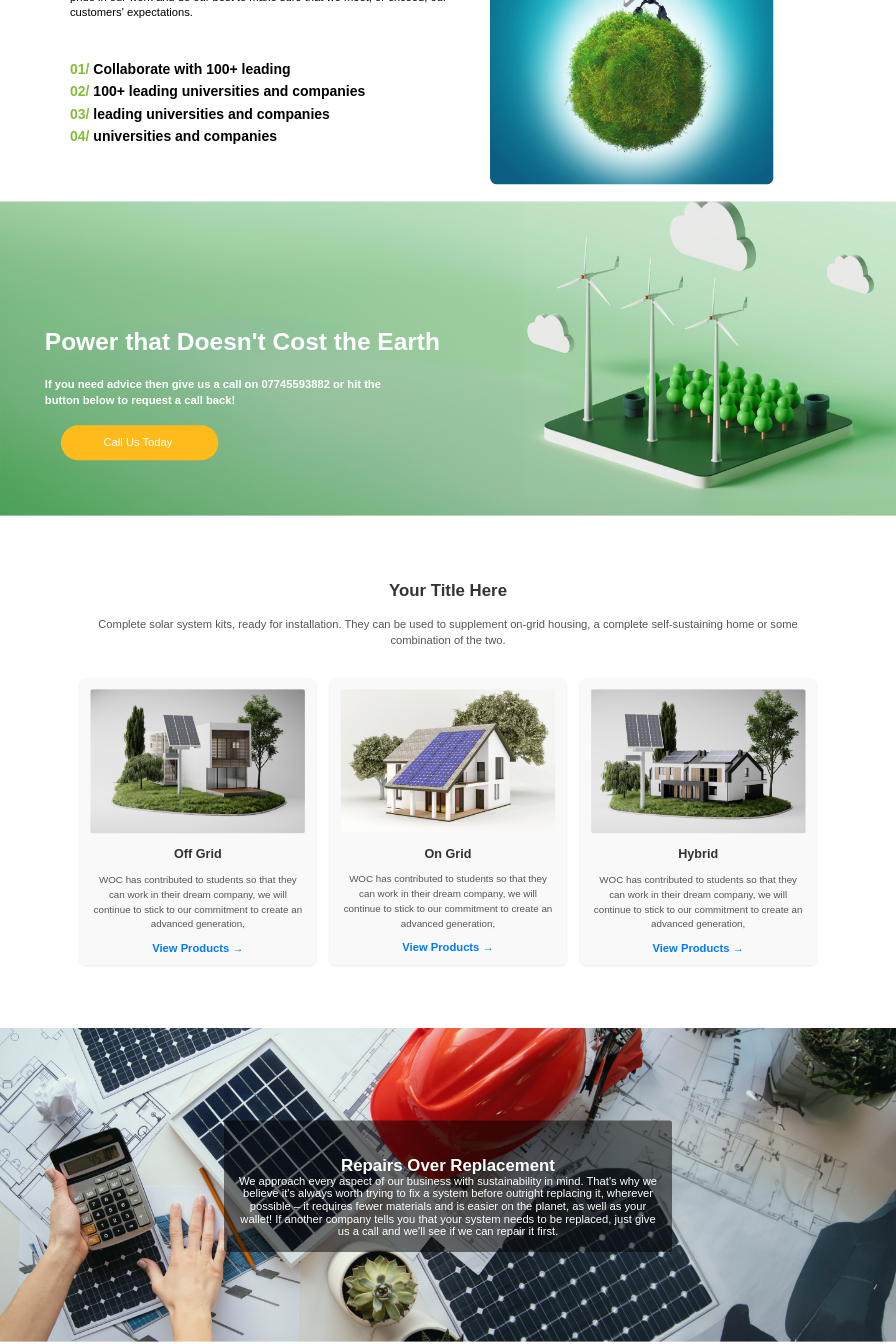
Repository: MaramNabil872/Landing-Page
Page: landingPage.html
The author's editor kept a copy of each file at every save. The page is drawn from the files as they stood at one save, then again after a run of saves.
The browser window is 1280 px wide. The pictures show the part of the page from y = 1142 to 3062 px (the page is 3062 px tall), at 70% of full size.

Above is the page before, as saved 2024-10-20 22:16:36.

### landingPage.html
<!DOCTYPE html>
<html lang="en">
    <head>
        <meta charset="UTF-8" />
        <meta name="viewport" content="width=device-width, initial-scale=1.0" />
        <title>Landing Page</title>
        <link rel="stylesheet" href="landingPage.css" />
    </head>
    <body>
        <nav class="navbar">
            <div class="logo">MyLogo</div>

            <ul class="nav-links">
                <li><a href="#home">Home</a></li>
                <li><a href="#about">About</a></li>
                <li><a href="#services">Services</a></li>
                <li><a href="#contact">Contact</a></li>
            </ul>
            <div class="call">
                <p>call us</p>
                <h3>+2 01017345</h3>
            </div>
        </nav>

        <div class="image-container">
            <img
                src="images/solar-panels-meadow 1.png"
                alt="Background Image"
                class="background-image"
            />
            <div class="main-text">
                <h2 class="text-wallpaper">
                    Solar Panel Installers <br />
                    In Plymouth
                </h2>
                <br />
                <p class="text-paragraph">
                    Fueled is an award-winning technology consultancy that
                    transforms <br />
                    businesses by generating ideas, building products, and
                    accelerating<br />
                    growth.
                </p>
                <div class="button-container">
                    <button class="button-wallpaper1">Call Us Today</button>
                    <button class="button-wallpaper2">
                        Requst a call back
                    </button>
                </div>
            </div>
        </div>

        <!-- first container -->

        <div class="container1">
            <div class="text-container1">
                <p class="title-container1">
                    The Friendliest Installers <br />in the South-West
                </p>
                <p class="paragraph-container1">
                    At Solidarity Solar our aims are to help our customers
                    towards a sustainable future and genuinely care about the
                    quality of products we use for our installs. We never sell
                    you equipment you don't need and will always advise to the
                    best of our ability, No hard sell or pushy sales tactics
                    ever. We take pride in our work and do our best to make sure
                    that we meet, or exceed, our customers' expectations.
                </p>
                <div class="last-container1">
                    <p>
                        <span class="number-container1">01/ </span>Collaborate
                        with 100+ leading
                    </p>
                    <p>
                        <span class="number-container1">02/ </span> 100+ leading
                        universities and companies
                    </p>
                    <p>
                        <span class="number-container1">03/ </span> leading
                        universities and companies
                    </p>
                    <p>
                        <span class="number-container1">04/ </span> universities
                        and companies
                    </p>
                </div>
            </div>
            <div class="image-container1">
                <img src="images/Rectangle 30.png" alt="solar" />
            </div>
        </div>

        <!-- second section -->

        <div class="section2">
            <img src="images/middle.png" alt="img" />
            <div class="main-text">
                <h2 class="section2-text">Power that Doesn't Cost the Earth</h2>
                <h6 class="section2-paragraph">
                    If you need advice then give us a call on 07745593882 or hit
                    the <br />
                    button below to request a call back!
                </h6>
                <button class="button-wallpaper2">Call Us Today</button>
            </div>
        </div>

        <!-- third section -->

        <div class="white-container">
            <h2 class="title">Your Title Here</h2>
            <p class="text">
                Complete solar system kits, ready for installation. They can be
                used to supplement on-grid housing, a complete self-sustaining
                home or some combination of the two.
            </p>

            <div class="card-container">
                <div class="card">
                    <img src="images/1.png" alt="Image 2" class="card-image" />
                    <h3 class="card-title">Off Grid</h3>
                    <p class="card-text">
                        WOC has contributed to students so that they can work in
                        their dream company, we will continue to stick to our
                        commitment to create an advanced generation,
                    </p>
                    <a href="#" class="card-link">View Products →</a>
                </div>
                <div class="card">
                    <img
                        src="images/solar-panels-meadow 2 (1).png"
                        alt="Image 3"
                        class="card-image"
                    />
                    <h3 class="card-title">On Grid</h3>
                    <p class="card-text">
                        WOC has contributed to students so that they can work in
                        their dream company, we will continue to stick to our
                        commitment to create an advanced generation,
                    </p>
                    <a href="#" class="card-link">View Products →</a>
                </div>
                <div class="card">
                    <img
                        src="images/solar-panels-meadow 3.png"
                        alt="Image 1"
                        class="card-image"
                    />
                    <h3 class="card-title">Hybrid</h3>
                    <p class="card-text">
                        WOC has contributed to students so that they can work in
                        their dream company, we will continue to stick to our
                        commitment to create an advanced generation,
                    </p>
                    <a href="#" class="card-link">View Products →</a>
                </div>
            </div>
        </div>

        <!-- forth section -->

        <div class="forth-image">
            <img src="images/8116 1 (1).png" alt="Full Width Image" />
            <div class="overlay-text">
                <h2 class="overlay-title">Repairs Over Replacement</h2>
                <p>
                    We approach every aspect of our business with sustainability
                    in mind. That's why we believe it's always worth trying to
                    fix a system before outright replacing it, wherever possible
                    – it requires fewer materials and is easier on the planet,
                    as well as your wallet! If another company tells you that
                    your system needs to be replaced, just give us a call and
                    we'll see if we can repair it first.
                </p>
            </div>
        </div>
    </body>
</html>

### landingPage.css
* {
    margin: 0;
    padding: 0;
    box-sizing: border-box; /* Added for consistent sizing */
}

body {
    font-family: Arial, sans-serif;
}
@media (max-width: 480px) {
    .text-overlay {
        font-size: 1.2rem; /* Even smaller text size for very small screens */
    }

    .call h3 {
        font-size: 1.2rem; /* Adjust call size for small screens */
    }
}
@media (max-width: 768px) {
    .navbar {
        flex-direction: column; /* Stack items vertically */
        align-items: flex-start; /* Align items to the left */
    }

    .nav-links {
        margin-top: 10px; /* Space between navbar and links */
    }

    .nav-links li {
        margin-left: 0;
        margin-bottom: 10px; /* Space between links */
    }

    .text-overlay {
        font-size: 1.5rem; /* Smaller text size for mobile */
    }
}


.navbar {
    background-color: #0b9586;
    display: flex;
    justify-content: space-between;
    align-items: center;
    padding: 10px 20px;
    position: relative;
    flex-wrap: wrap; /* Allow items to wrap on smaller screens */
}

.logo {
    color: #fff;
    font-size: 24px;
}

.nav-links {
    list-style: none;
    display: flex;
    flex-wrap: wrap; /* Allow links to wrap on smaller screens */
}

.nav-links li {
    margin-left: 20px;
}

.nav-links a {
    text-decoration: none;
    color: white;
    font-size: 18px;
    transition: color 0.3s;
}

.nav-links a:hover {
    color: #f0a500;
}

.call {
    color: #fff;
    text-align: right; /* Align text to the right */
}

.image-container {
    position: relative;
    width: 100%;
    height: 100vh;
    overflow: hidden;
}

.background-image {
    width: 100%;
    height: 100%;
    object-fit: cover;
}
.main-text{
    position: absolute;
    top: 40%;
    left:5%;
}
.text-wallpaper {


    color: white;
    font-size: 52px;
    font-weight: bold;
    text-shadow: 2px 2px 4px rgba(0, 0, 0, 0.5);
}
.text-paragraph{
    color: white;
    font-size:  20px;

}
.button-container{
    display: flex;
}
.button-wallpaper1 {
    background-color: #0b9586;
    color: white;
    border: none;
    border-radius: 20em;
    padding: 0.8em 1.5em 0.8em 1.2em;
    width: 40%;
    margin: 4%;
    height: 50px;
    font-size: 16px;
    cursor: pointer;
    align-items: center;

}
.button-wallpaper2 {
    background-color:  #FFBB1C;
    ;
    color: white;
    border: none;
    border-radius: 20em;
    padding: 0.8em 1.5em 0.8em 1.2em;
    width: 40%;
    margin: 4%;
    height: 50px;
    font-size: 16px;
    cursor: pointer;
    align-items: center;

}

.container1 {
    display: flex;
    background-color: white;
    padding-top: 10%;
    border-radius: 8px;
    max-width: 1200px;
    margin: 20px auto;


}
.title-container1{
    font-size: 40px;
    font-weight: bold;


}
.text-container1 {
   flex:1;
    padding-right:5%;
padding-left: 5%;}
.paragraph-container1{
    margin-top: 5%;
    line-height: 1.3;
}

.last-container1{
    font-size: 20px;
    font-weight: bold;
    padding-top: 10%;
    line-height: 1.6;
    .number-container1{
        color:#84BD3A;
        ;
    }
}
.image-container1 {
   flex:1
}

.image-container1 img {
    width: 75%;
    height: auto;
    border-radius: 8px;
}


.section2 {
    position: relative;
    width: 100%;
    overflow: hidden;
}

.section2 img {
    width: 100%;
    height: auto; }

.section2-text {
font-size: 35px;
    color: white;

}
.section2-paragraph{
    padding-top: 5%;
    line-height: 1.5;

    font-size: 16px;
    color: white;
}

/* third section */
.white-container {
    background-color: white;
    padding: 5%;
    max-width: 1200px;
    margin: 2% auto;
}

.title {
    margin-bottom: 2%;
    font-size: 24px;
    color: #333;
    text-align: center;

}

.text {
    margin-bottom: 2%;
    font-size: 16px;
    color: #555;
    line-height: 1.5;
    text-align: center;
}

.card-container {
    display: flex;
    justify-content: space-between;
    margin-top: 4%;
}

.card {
    background-color: #f9f9f9;
    border-radius: 8px;
    box-shadow: 0 1px 4px rgba(0, 0, 0, 0.1);
    padding: 15px;
    text-align: center;
    flex: 1;
    margin: 0 10px;
}

.card-image {
    width: 100%;
    height: auto;
    border-radius: 4px;
}

.card-title {
    font-size: 18px;
    color: #333;
    margin-top: 5%;

}

.card-text {
    font-size: 14px;
    color: #555;
    margin-top: 5%;
    margin-bottom: 5%;
    line-height: 1.5;

}

.card-link {
    text-decoration: none;
    color: #007bff;
    font-weight: bold;
}

.card-link:hover {
    text-decoration: underline;
}
@media (max-width: 768px) {
    .card-container {
        flex-direction: column;
    }

    .card {
        flex: 1 1 100%;
        max-width: 100%;
        margin: 10px 0;
    }
}

/* forth css */

.forth-image {
    position: relative;
    width: 100%;
    overflow: hidden;
}

.forth-image img {
    width: 100%;
    height: auto;
}

.overlay-text {
    position: absolute;
    top: 50%;
    left: 50%;
    transform: translate(-50%, -50%);
    color: white;
    text-align: center;
    padding: 20px;
    background-color: rgba(0, 0, 0, 0.5);
    border-radius: 4px;
}
.overlay-title{
    margin-top: 5%;
}

After the next 2 saves:
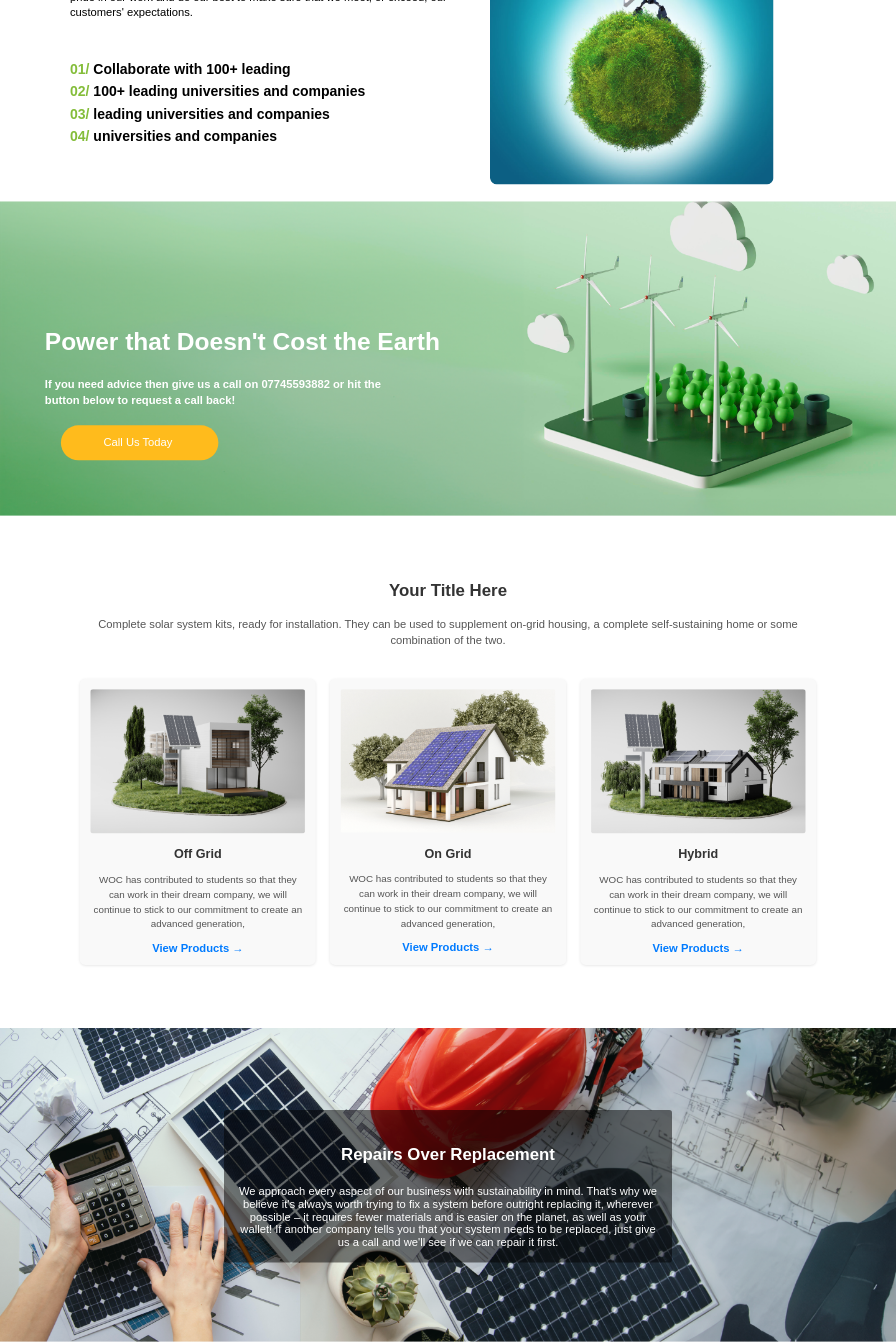
The 2 saves are shown as one change because they came seconds apart.
The last was saved 13 s later.
--- a/landingPage.css
+++ b/landingPage.css
@@ -319,4 +319,5 @@ font-size: 35px;
 }
 .overlay-title{
     margin-top: 5%;
-}
+    margin-bottom: 5%;
+}
